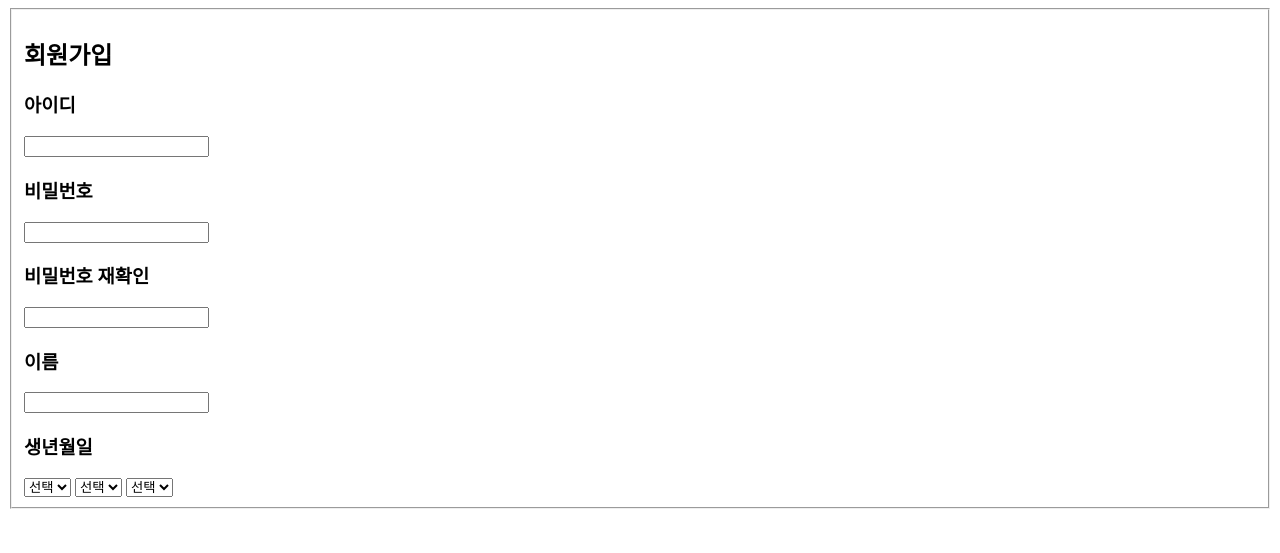
Repository: agheha/trillion
Page: YH/login/login.html
These files come from the project's save history. The page is drawn as it stood at one moment and after a run of saves; the edit follows.
The browser window is 1280 px wide. The pictures show the whole page.

Above is the page before, as saved 2019-09-03 09:01:49.

### YH/login/login.html
<!DOCTYPE html>
<html lang="en">
<head>
    <meta charset="UTF-8">
    <meta name="viewport" content="width=device-width, initial-scale=1.0">
    <meta http-equiv="X-UA-Compatible" content="ie=edge">
    <title>Document</title>
    <link rel="stylesheet" href="login.css">
</head>
<body>
    <form>
        <fieldset>
            <h2>회원가입</h2>
                <h3>아이디</h3>
                <div><input type="text" name="msg"></div>
                <h3>비밀번호</h3>
                <div><input type="password" name="pass"></div>
                <h3>비밀번호 재확인</h3>
                <div><input type="password" name="pass"></div>
                <h3>이름</h3>
                <div><input type="password" name="pass"></div>
                <h3>생년월일</h3>
                <div>
                    <select name="year">
                        <option value="1">서울</option>
                        <option value="2">대구</option>
                        <option value="0" selected>선택</option>
                    </select>
                    <select name="year">
                        <option value="1">서울</option>
                        <option value="2">대구</option>
                        <option value="0" selected>선택</option>
                    </select>
                    <select name="year">
                        <option value="1">서울</option>
                        <option value="2">대구</option>
                        <option value="0" selected>선택</option>
                    </select>
                </div>
        </fieldset>
    </form>
</body>
</html>

Loaded but not shown: YH/login/login.css (no copy from this time; the picture is the same without it)

After the next 2 saves:
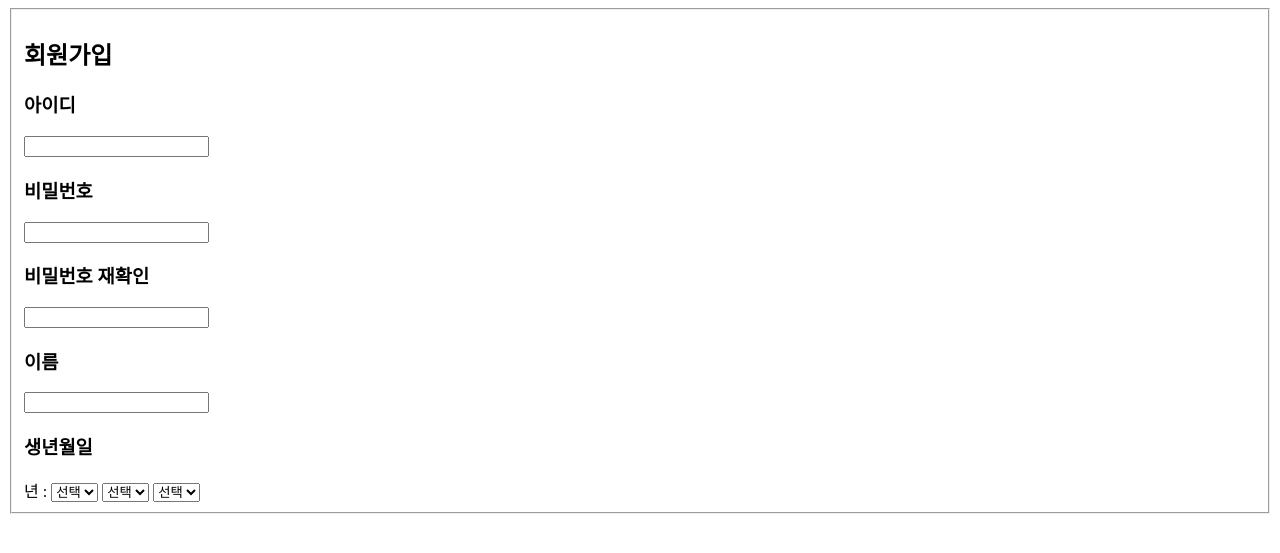
The 2 saves are shown as one change because they came seconds apart.
The last was saved 5 s later.
--- a/YH/login/login.html
+++ b/YH/login/login.html
@@ -21,7 +21,7 @@
                 <div><input type="password" name="pass"></div>
                 <h3>생년월일</h3>
                 <div>
-                    <select name="year">
+                   년 : <select name="year">
                         <option value="1">서울</option>
                         <option value="2">대구</option>
                         <option value="0" selected>선택</option>

After the 4 saves that followed:
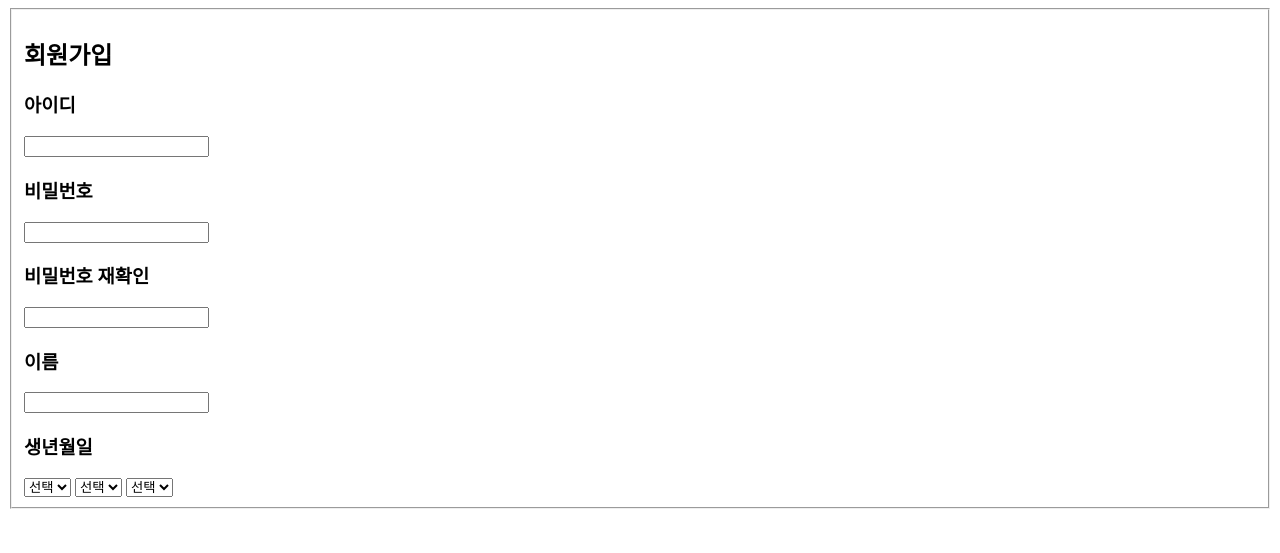
The 4 saves are shown as one change because they came seconds apart.
The last was saved 8 s later.
--- a/YH/login/login.html
+++ b/YH/login/login.html
@@ -21,7 +21,7 @@
                 <div><input type="password" name="pass"></div>
                 <h3>생년월일</h3>
                 <div>
-                   년 : <select name="year">
+                    <select name="year">
                         <option value="1">서울</option>
                         <option value="2">대구</option>
                         <option value="0" selected>선택</option>
